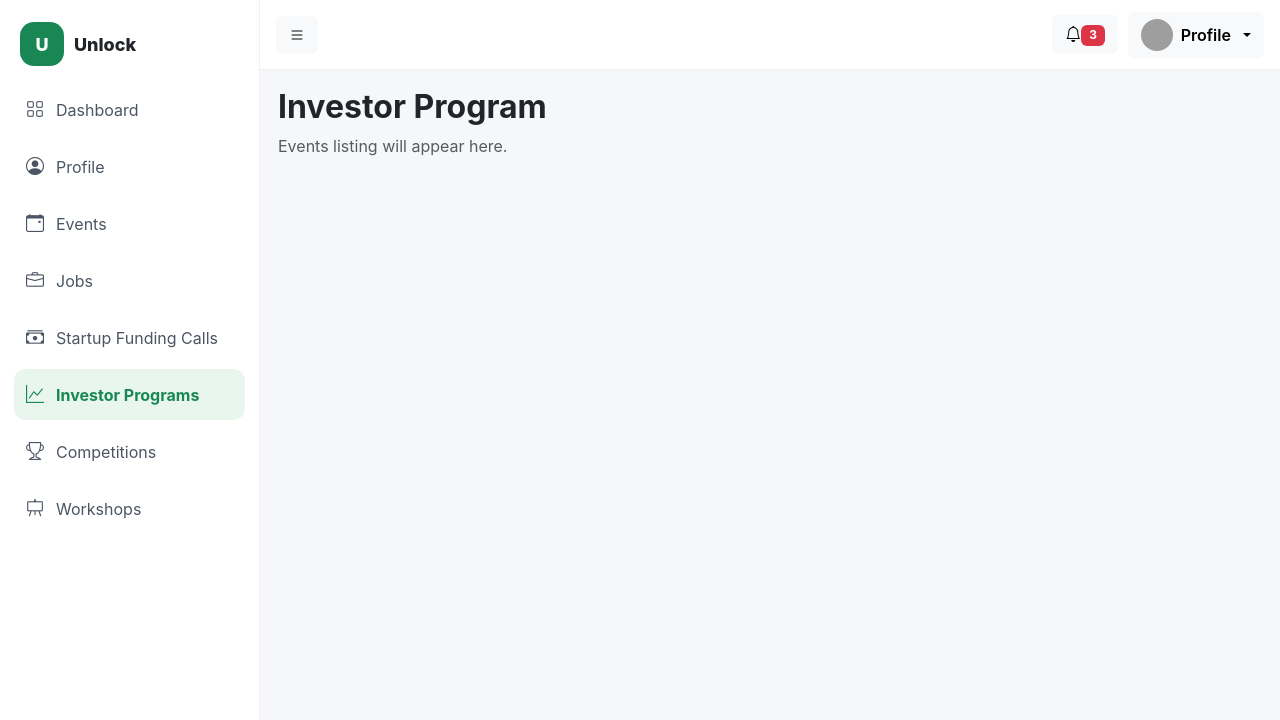
Repository: avmaurya07/unlock-dashboard
Page: /publisher/investor-programs
An editor plug-in stored every save of this project. The page is shown before and after the next save, followed by the edit.
The browser window is 1280 px wide. The pictures show the whole page.
Pictures or frames that could not be fetched are drawn as grey boxes. The project was rebuilt for these pictures with package versions that can differ from the ones it lists, and the page was loaded fresh each time. Also part of the build but not shown: vite.config.js, src/index.css, src/pages/Login.jsx, src/components/Sidebar.jsx, src/components/Topbar.jsx, src/layout/MainLayout.jsx, src/components/DashboardCard.jsx, src/pages/Dashboard.jsx and 28 more.

Above is the page before, as saved 2026-01-09 17:02:14.

### index.html
<!doctype html>
<html lang="en">
  <head>
    <meta charset="UTF-8" />
    <link rel="icon" type="image/svg+xml" href="/vite.svg" />
    <meta name="viewport" content="width=device-width, initial-scale=1.0" />
    <title>unlock-dashboard</title>
  </head>
  <body>
    <div id="root"></div>
    <script type="module" src="/src/main.jsx"></script>
  </body>
</html>

### src/main.jsx
import { StrictMode } from 'react'
import { createRoot } from 'react-dom/client'
import './index.css'
import App from './App.jsx'
import 'bootstrap/dist/css/bootstrap.min.css';
import 'react-toastify/dist/ReactToastify.css';
import "bootstrap-icons/font/bootstrap-icons.css";
import "./styles/theme.css";
import "bootstrap/dist/js/bootstrap.bundle.min.js";

createRoot(document.getElementById('root')).render(
  <StrictMode>
    <App />
  </StrictMode>,
)

### src/App.jsx
import { BrowserRouter, Routes, Route, Navigate } from "react-router-dom";

import Login from "./pages/Login";

// Layout
import MainLayout from "./layout/MainLayout";

// Shared Pages
import Dashboard from "./pages/Dashboard";

// Publisher Pages
// import Events from "./pages/Events";
// import Jobs from "./pages/Jobs";
// import FundingCalls from "./pages/FundingCalls";
// import InvestorPrograms from "./pages/InvestorPrograms";
// import Competitions from "./pages/Competitions";
// import Workshops from "./pages/Workshops";
import RegisterPublisher from "./pages/RegisterPublisher";

import PublisherLayout from "./layout/PublisherLayout";
import PublisherDashboard from "./pages/publisher/PublisherDashboard";
import Events from "./pages/publisher/Events";
import Jobs from "./pages/publisher/Jobs";
import FundingCalls from "./pages/publisher/FundingCalls";
import InvestorPrograms from "./pages/publisher/InvestorPrograms";
import Competitions from "./pages/publisher/Competitions";
import Workshops from "./pages/publisher/Workshops";

// User + Admin
import UserDashboard from "./pages/UserDashboard";
// import PublisherDashboard from "./pages/PublisherDashboard";
import AdminDashboard from "./pages/AdminDashboard";
import AdminLayout from "./layout/AdminLayout";
import PendingListings from "./pages/admin/PendingListings";
import AllListings from "./pages/admin/AllListings";
import Publishers from "./pages/admin/Publishers";
import Users from "./pages/admin/Users";
import Subscriptions from "./pages/admin/Subscriptions";
import PublisherTypes from "./pages/admin/PublisherTypes";


function App() {
  return (
    <BrowserRouter>
      <Routes>

        {/* PUBLIC ROUTE */}
        <Route path="/" element={<Login />} />
        <Route path="/register-publisher" element={<RegisterPublisher />} />

        {/* USER DASHBOARD */}
        <Route path="/dashboard/user" element={<UserDashboard />} />

        {/* ADMIN DASHBOARD */}
        {/* <Route path="/dashboard/admin" element={<AdminLayout />}>
          <Route index element={<AdminDashboard />} />
        </Route>

        <Route path="/admin/listings/pending" element={<AdminLayout />}>
          <Route index element={<PendingListings />} />
        </Route> */}

        <Route path="/admin" element={<AdminLayout />}>
          <Route path="dashboard" element={<AdminDashboard />} />
          <Route path="listings/pending" element={<PendingListings />} />
          <Route path="listings" element={<AllListings />} />
          <Route path="publishers" element={<Publishers />} />
          <Route path="publisher-types" element={<PublisherTypes />} />
          <Route path="users" element={<Users />} />
          <Route path="subscriptions" element={<Subscriptions />} />
        </Route>



        {/* PUBLISHER DASHBOARD (WITH SIDEBAR + TOPBAR) */}
        {/* <Route path="/dashboard/publisher" element={<MainLayout />}>
          <Route index element={<Dashboard />} />


          <Route path="events" element={<Events />} />
          <Route path="jobs" element={<Jobs />} />
          <Route path="funding-calls" element={<FundingCalls />} />
          <Route path="investor-programs" element={<InvestorPrograms />} />
          <Route path="competitions" element={<Competitions />} />
          <Route path="workshops" element={<Workshops />} />
        </Route> */}


        <Route path="/publisher" element={<PublisherLayout />}>
          <Route path="dashboard" element={<PublisherDashboard />} />
          <Route path="events" element={<Events />} />
          <Route path="jobs" element={<Jobs />} />
          <Route path="funding-calls" element={<FundingCalls />} />
          <Route path="investor-programs" element={<InvestorPrograms />} />
          <Route path="competitions" element={<Competitions />} />
          <Route path="workshops" element={<Workshops />} />
        </Route>

      </Routes>
    </BrowserRouter>
  );
}

export default App;

### src/styles/theme.css
/* ===== Ventic UI Global Styles ===== */

body {
  margin: 0;
  padding: 0;
  background: #f4f6f9; /* Light gray clean background */
  font-family: "Inter", sans-serif;
}

/* Remove bootstrap container limits */
.container {
  max-width: 100% !important;
}

/* Utility classes */
.text-gray {
  color: #6c757d;
}

/* Headings */
h1, h2, h3, h4, h5 {
  font-weight: 700;
  color: #212529;
}

/* Card Shadows */
.card-v {
  border: none !important;
  border-radius: 12px !important;
  background: #fff;
  box-shadow: 0 2px 10px rgba(0,0,0,0.08);
  padding: 20px;
  transition: all 0.2s ease;
}

.card-v:hover {
  transform: translateY(-2px);
  box-shadow: 0 4px 14px rgba(0, 0, 0, 0.12);
}


/* ===== Sidebar Ventic Style ===== */

.sidebar-container {
  width: 260px;
  min-height: 100vh;
  background: #ffffff;
  padding-top: 20px;
  border-right: 1px solid #e9ecef;
}

.sidebar-header {
  font-size: 22px;
  font-weight: 700;
  padding: 0 22px;
  margin-bottom: 20px;
}

.sidebar-menu li {
  margin-bottom: 6px;
}

.sidebar-link {
  display: flex;
  align-items: center;
  padding: 12px 22px;
  font-size: 15px;
  text-decoration: none;
  color: #495057;
  font-weight: 500;
  border-radius: 8px;
  transition: all 0.15s ease;
}

.sidebar-link:hover {
  background: #f1f3f5;
  color: #000;
}

.sidebar-link.active {
  background: #e7f1ff;
  color: #0d6efd !important;
  font-weight: 600;
}


/* ===== Topbar Ventic Style ===== */

.topbar {
  height: 70px;
  background: #fff;
  padding: 0 30px;
  display: flex;
  justify-content: space-between;
  align-items: center;
}

.notification-wrapper {
  cursor: pointer;
}

.notif-badge {
  position: absolute;
  top: -6px;
  right: -10px;
  font-size: 12px;
}



/* Layout shell */
.ventic-shell {
  display: flex;
  min-height: 100vh;
  width: 100%;
  background: #f6f7fb;
}

/* Sidebar */
.ventic-sidebar {
  width: 260px;
  background: #ffffff;
  border-right: 1px solid #eef0f4;
  padding: 14px;
  transition: width 0.2s ease;
}

.ventic-sidebar.collapsed {
  width: 80px;
}

.ventic-sidebar__brand {
  display: flex;
  align-items: center;
  gap: 10px;
  padding: 8px 6px 18px;
}

.ventic-logo {
  width: 44px;
  height: 44px;
  border-radius: 14px;
  background: #198754;
  color: #fff;
  display: grid;
  place-items: center;
  font-weight: 800;
  font-size: 18px;
}

.ventic-brand-text {
  font-weight: 800;
  font-size: 18px;
}

.ventic-sidebar__menu {
  display: flex;
  flex-direction: column;
  gap: 6px;
}

/* Nav links */
.ventic-nav {
  display: flex;
  align-items: center;
  gap: 12px;
  padding: 12px 12px;
  border-radius: 12px;
  text-decoration: none;
  color: #4b5563;
}

.ventic-nav:hover {
  background: #f3f4f6;
}

.ventic-nav.active {
  background: #e8f6ee;
  color: #198754;
  font-weight: 700;
}

.ventic-nav__icon {
  font-size: 18px;
}

/* Main */
.ventic-main {
  flex: 1;
  display: flex;
  flex-direction: column;
  min-width: 0;
}

.ventic-topbar {
  height: 70px;
  background: #ffffff;
  border-bottom: 1px solid #eef0f4;
  padding: 0 16px;
  display: flex;
  align-items: center;
  justify-content: space-between;
}

.ventic-topbar__right {
  display: flex;
  align-items: center;
  gap: 10px;
}

.ventic-content {
  padding: 18px;
}

/* Mobile: hide sidebar or collapse */
@media (max-width: 992px) {
  .ventic-sidebar {
    width: 80px;
  }
  .ventic-brand-text,
  .ventic-nav__text {
    display: none;
  }
}

### src/layout/PublisherLayout.jsx
import { Outlet } from "react-router-dom";
import PublisherSidebar from "../components/publisher/PublisherSidebar";
import PublisherTopbar from "../components/publisher/PublisherTopbar";
import { useState } from "react";

export default function PublisherLayout() {
  const [collapsed, setCollapsed] = useState(false);

  return (
    <div className="ventic-shell">
      <PublisherSidebar collapsed={collapsed} />

      <div className="ventic-main">
        <PublisherTopbar onToggle={() => setCollapsed((v) => !v)} />
        <div className="ventic-content">
          <Outlet />
        </div>
      </div>
    </div>
  );
}

### src/pages/publisher/InvestorPrograms.jsx
export default function Events() {
  return (
    <div>
      <h2 className="mb-2">Investor Program</h2>
      <p className="text-muted">Events listing will appear here.</p>
    </div>
  );
}

### src/components/publisher/PublisherSidebar.jsx
import { NavLink } from "react-router-dom";

const menu = [
  { label: "Dashboard", icon: "bi-grid", to: "/publisher/dashboard" },
  { label: "Profile", icon: "bi-person-circle", to: "/publisher/profile" },
  { label: "Events", icon: "bi-calendar-event", to: "/publisher/events" },
  { label: "Jobs", icon: "bi-briefcase", to: "/publisher/jobs" },
  { label: "Startup Funding Calls", icon: "bi-cash-stack", to: "/publisher/funding-calls" },
  { label: "Investor Programs", icon: "bi-graph-up", to: "/publisher/investor-programs" },
  { label: "Competitions", icon: "bi-trophy", to: "/publisher/competitions" },
  { label: "Workshops", icon: "bi-easel", to: "/publisher/workshops" },
];

export default function PublisherSidebar({ collapsed }) {
  return (
    <div className={`ventic-sidebar ${collapsed ? "collapsed" : ""}`}>
      <div className="ventic-sidebar__brand">
        <div className="ventic-logo">U</div>
        {!collapsed && <div className="ventic-brand-text">Unlock</div>}
      </div>

      <div className="ventic-sidebar__menu">
        {menu.map((item) => (
          <NavLink
            key={item.to}
            to={item.to}
            className={({ isActive }) => `ventic-nav ${isActive ? "active" : ""}`}
          >
            <i className={`bi ${item.icon} ventic-nav__icon`} />
            {!collapsed && <span className="ventic-nav__text">{item.label}</span>}
          </NavLink>
        ))}
      </div>
    </div>
  );
}

### src/components/publisher/PublisherTopbar.jsx
import { logout } from "../../utils/auth";

export default function PublisherTopbar({ onToggle }) {
  return (
    <div className="ventic-topbar">
      <button className="btn btn-light ventic-icon-btn" onClick={onToggle}>
        <i className="bi bi-list" />
      </button>

      <div className="ventic-topbar__right">
        <button className="btn btn-light ventic-icon-btn position-relative">
          <i className="bi bi-bell" />
          <span className="badge bg-danger ventic-badge">3</span>
        </button>

        <div className="dropdown">
          <button
            className="btn btn-light d-flex align-items-center gap-2 dropdown-toggle"
            data-bs-toggle="dropdown"
          >
            <img
              src="https://i.pravatar.cc/40"
              alt="profile"
              className="rounded-circle"
              width="32"
              height="32"
            />
            <span className="fw-semibold">Profile</span>
          </button>

          <ul className="dropdown-menu dropdown-menu-end">
            <li><button className="dropdown-item">My Profile</button></li>
            <li>
              <button
                className="dropdown-item text-danger"
                onClick={() => {
                  logout();
                  window.location.href = "/";
                }}
              >
                Logout
              </button>
            </li>
          </ul>
        </div>
      </div>
    </div>
  );
}

Loaded but not shown: src/utils/mockStore.js (18 lines, source omitted); src/utils/auth.js (15 lines, source omitted); src/pages/publisher/ListingManager.jsx (362 lines, source omitted)

After the next save:
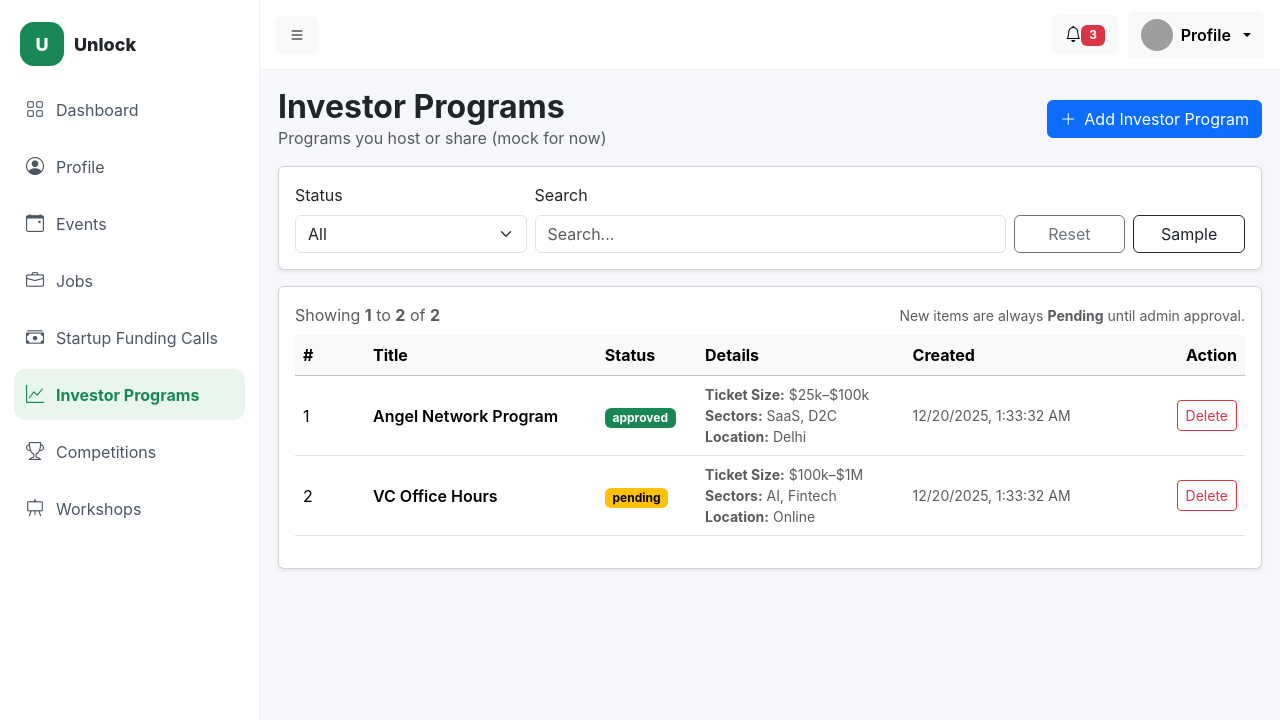
Saved 14 s later.
--- a/src/pages/publisher/InvestorPrograms.jsx
+++ b/src/pages/publisher/InvestorPrograms.jsx
@@ -1,8 +1,25 @@
-export default function Events() {
+import ListingManager from "./ListingManager";
+
+export default function InvestorPrograms() {
   return (
-    <div>
-      <h2 className="mb-2">Investor Program</h2>
-      <p className="text-muted">Events listing will appear here.</p>
-    </div>
+    <ListingManager
+      typeKey="investorPrograms"
+      title="Investor Programs"
+      subtitle="Programs you host or share (mock for now)"
+      addButtonText="Add Investor Program"
+      searchKeys={["title", "sectors", "location"]}
+      fields={[
+        { name: "title", label: "Program Title", required: true, col: "col-12" },
+        { name: "ticketSize", label: "Ticket Size", col: "col-md-6", placeholder: "e.g. $50k–$500k" },
+        { name: "sectors", label: "Preferred Sectors", col: "col-md-6", placeholder: "Fintech, SaaS, EV..." },
+        { name: "location", label: "Location", col: "col-md-6" },
+        { name: "deadline", label: "Deadline", type: "date", col: "col-md-6" },
+        { name: "description", label: "Details", type: "textarea", required: true, col: "col-12" },
+      ]}
+      sampleData={[
+        { _id: "ip1", title: "Angel Network Program", ticketSize: "$25k–$100k", sectors: "SaaS, D2C", location: "Delhi", status: "approved", createdAt: new Date().toISOString() },
+        { _id: "ip2", title: "VC Office Hours", ticketSize: "$100k–$1M", sectors: "AI, Fintech", location: "Online", status: "pending", createdAt: new Date().toISOString() },
+      ]}
+    />
   );
 }
